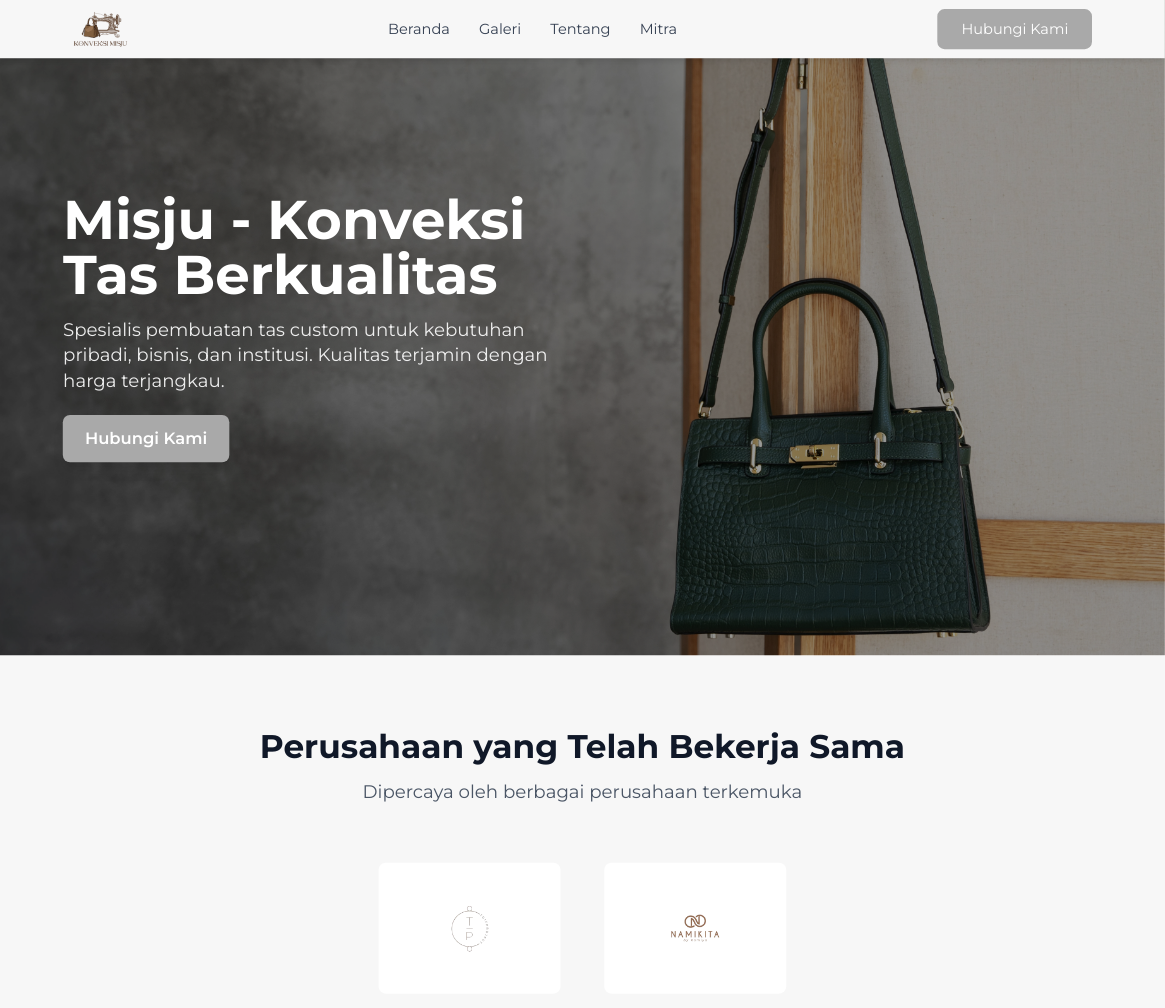
Repository: faridfirdaus-fred/konveksi_misju
Page: /
These files come from the project's save history. The page is drawn as it stood at one moment and after the next save; the edit follows.
The browser window is 1280 px wide. The pictures show the part of the page from y = 0 to 1108 px (the page is 3396 px tall before and 3236 px after), at 91% of full size.
Pictures or frames that could not be fetched are drawn as grey boxes. The project was rebuilt for these pictures with package versions that can differ from the ones it lists, and the page was loaded fresh each time. Also part of the build but not shown: vite.config.js.

Above is the page before, as saved 2026-01-09 20:09:28.

### index.html
<!doctype html>
<html lang="en">
  <head>
    <meta charset="UTF-8" />
    <link rel="icon" type="image/svg+xml" href="/vite.svg" />
    <meta name="viewport" content="width=device-width, initial-scale=1.0" />
    <link rel="preconnect" href="https://fonts.googleapis.com">
    <link rel="preconnect" href="https://fonts.gstatic.com" crossorigin>
    <link href="https://fonts.googleapis.com/css2?family=Montserrat:wght@300;400;500;600;700;800&display=swap" rel="stylesheet">
    <title>portfolio_misju</title>
  </head>
  <body>
    <div id="root"></div>
    <script type="module" src="/src/main.jsx"></script>
  </body>
</html>

### src/index.css
@import "tailwindcss";

@theme {
  --color-primary: #A9A9A9;
  --color-secondary: #F7F7F7;
}

### src/App.jsx
import './App.css'
import Navbar from './components/Navbar'
import Hero from './components/Hero'
import Partners from './components/Partners'
import Gallery from './components/Gallery'
import About from './components/About'
import Footer from './components/Footer'
import Hero_Bottom from './components/Hero_Bottom'

function App() {
  return (
    <div className="min-h-screen bg-gray-50">
      <Navbar />
      <Hero />
      <Partners />
      <Hero_Bottom />
      <Gallery />
      <About />
      <Footer />
    </div>
  )
}

export default App

### src/App.css
/* Custom styles for portfolio */
html {
  scroll-behavior: smooth;
}

body {
  font-family: "Montserrat", sans-serif;
  font-optical-sizing: auto;
}

### src/components/Navbar.jsx
import { useState } from 'react'
import logo from '../assets/logo.webp'

function Navbar() {
    const [isMobileMenuOpen, setIsMobileMenuOpen] = useState(false)

    const scrollToSection = (id) => {
        const element = document.getElementById(id)
        if (element) {
            element.scrollIntoView({ behavior: 'smooth' })
        }
        setIsMobileMenuOpen(false)
    }

    return (
        <nav className="fixed top-0 px-20 left-0 right-0 bg-secondary shadow-md z-50">
            <div className=" mx-auto">
                <div className="flex justify-between items-center h-16">
                    {/* Logo - Kiri */}
                    <div className="shrink-0">
                        <a href="#home" className="flex items-center">
                            <img src={logo} alt="MyPortfolio Logo" className="h-10 w-auto" />
                        </a>
                    </div>

                    {/* Navigation - Tengah (Desktop) */}
                    <div className="hidden md:flex space-x-8">
                        <button onClick={() => scrollToSection('home')} className="text-gray-700 hover:text-primary transition">
                            Beranda
                        </button>

                        <button onClick={() => scrollToSection('gallery')} className="text-gray-700 hover:text-primary transition">
                            Galeri
                        </button>
                        <button onClick={() => scrollToSection('about')} className="text-gray-700 hover:text-primary transition">
                            Tentang
                        </button>
                         <button onClick={() => scrollToSection('partners')} className="text-gray-700 hover:text-primary transition">
                            Mitra
                        </button>
                    </div>

                    {/* Contact Button - Kanan */}
                    <div className="hidden md:block">
                        <a
                            href="https://wa.me/6285318217545"
                            target="_blank"
                            rel="noopener noreferrer"
                            className="inline-block bg-primary text-white px-6 py-2 rounded-lg transition hover:bg-secondary hover:text-primary border-2 border-primary"
                        >
                            Hubungi Kami
                        </a>
                    </div>

                    {/* Mobile menu button */}
                    <div className="md:hidden">
                        <button
                            onClick={() => setIsMobileMenuOpen(!isMobileMenuOpen)}
                            className="text-gray-700 hover:text-blue-600"
                        >
                            <svg className="h-6 w-6" fill="none" viewBox="0 0 24 24" stroke="currentColor">
                                <path strokeLinecap="round" strokeLinejoin="round" strokeWidth={2} d={isMobileMenuOpen ? "M6 18L18 6M6 6l12 12" : "M4 6h16M4 12h16M4 18h16"} />
                            </svg>
                        </button>
                    </div>
                </div>
            </div>

            {/* Mobile menu */}
            {isMobileMenuOpen && (
                <div className="md:hidden bg-white border-t">
                    <div className="px-2 pt-2 pb-3 space-y-1">
                        <button onClick={() => scrollToSection('home')} className="block w-full text-left px-3 py-2 text-gray-700 hover:bg-gray-100">
                            Beranda
                        </button>
                        <button onClick={() => scrollToSection('partners')} className="block w-full text-left px-3 py-2 text-gray-700 hover:bg-gray-100">
                            Mitra
                        </button>
                        <button onClick={() => scrollToSection('gallery')} className="block w-full text-left px-3 py-2 text-gray-700 hover:bg-gray-100">
                            Galeri
                        </button>
                        <button onClick={() => scrollToSection('about')} className="block w-full text-left px-3 py-2 text-gray-700 hover:bg-gray-100">
                            Tentang
                        </button>
                        <a
                            href="https://wa.me/6285318217545"
                            target="_blank"
                            rel="noopener noreferrer"
                            className="block w-full text-center px-3 py-2 bg-primary text-secondary hover:bg-secondary hover:text-primary rounded"
                        >
                            Hubungi Kami
                        </a>
                    </div>
                </div>
            )}
        </nav>
    )
}

export default Navbar

### src/components/Hero.jsx
import hero from '../assets/hero.webp'

function Hero() {

  return (
    <section
      id="home"
      className="h-screen w-full flex items-center relative bg-cover bg-no-repeat bg-right md:bg-center"
      style={{
        backgroundImage: `url(${hero})`
      }}
    >
      {/* Overlay */}
      <div className="absolute inset-0 bg-black/40"></div>

      {/* Content */}
      <div className="relative z-10 w-11/12 mx-auto px-4">
        <div className="w-full md:w-6/12">
          <h1 className="text-3xl md:text-6xl font-bold text-white mb-4">
            Misju - Konveksi Tas Berkualitas
          </h1>
          <p className="text-base md:text-xl text-white/90 mb-6">
            Spesialis pembuatan tas custom untuk kebutuhan pribadi, bisnis, dan institusi. Kualitas terjamin dengan harga terjangkau.
          </p>
          <div className="flex flex-wrap gap-4">
            <a
              href="https://wa.me/6285318217545"
              target="_blank"
              rel="noopener noreferrer"
              className="bg-primary text-white px-6 py-3 rounded-lg text-lg font-semibold hover:bg-secondary hover:text-primary transition shadow-lg"
            >
              Hubungi Kami
            </a>
          </div>
        </div>
      </div>
    </section>
  )
}

export default Hero

### src/components/Partners.jsx
import tgif from '../assets/tgif.webp'
import namikita from '../assets/namikita.webp'

function Partners() {
  const partners = [
    {
      id: 1,
      name: 'TGI Friday\'s',
      logo: tgif,
      alt: 'TGI Friday\'s Logo'
    },
    {
      id: 2,
      name: 'Namikita',
      logo: namikita,
      alt: 'Namikita Logo'
    },
  ]

  return (
    <section id="partners" className="py-20 px-4 bg-secondary">
      <div className="max-w-7xl mx-auto">
        <div className="text-center mb-16">
          <h2 className="text-4xl font-bold text-gray-900 mb-4">
            Perusahaan yang Telah Bekerja Sama
          </h2>
          <p className="text-xl text-gray-600">
            Dipercaya oleh berbagai perusahaan terkemuka
          </p>
        </div>
        <div className="flex flex-wrap justify-center gap-8 md:gap-12">
          {partners.map((partner) => (
            <div key={partner.id} className="flex items-center justify-center p-8 bg-white rounded-lg hover:shadow-lg transition min-w-[200px]">
              <img
                src={partner.logo}
                alt={partner.alt}
                className="max-h-16 md:max-h-20 w-auto object-contain"
              />
            </div>
          ))}
        </div>
      </div>
    </section>
  )
}

export default Partners

### src/components/Gallery.jsx
function Gallery() {
  const galleryItems = [
    { id: 1, title: 'Project 1', image: '🖼️', description: 'Deskripsi project 1' },
    { id: 2, title: 'Project 2', image: '🎨', description: 'Deskripsi project 2' },
    { id: 3, title: 'Project 3', image: '📷', description: 'Deskripsi project 3' },
    { id: 4, title: 'Project 4', image: '🎭', description: 'Deskripsi project 4' },
    { id: 5, title: 'Project 5', image: '🌄', description: 'Deskripsi project 5' },
    { id: 6, title: 'Project 6', image: '🌅', description: 'Deskripsi project 6' },
  ]

  return (
    <section id="gallery" className="py-20 px-4 bg-gray-50">
      <div className="max-w-7xl mx-auto">
        <div className="text-center mb-16">
          <h2 className="text-4xl font-bold text-gray-900 mb-4">
            Portfolio & Gallery
          </h2>
          <p className="text-xl text-gray-600">
            Koleksi project dan karya terbaik saya
          </p>
        </div>
        <div className="grid grid-cols-1 md:grid-cols-2 lg:grid-cols-3 gap-8">
          {galleryItems.map((item) => (
            <div key={item.id} className="bg-white rounded-lg overflow-hidden shadow-lg hover:shadow-xl transition">
              <div className="h-48 bg-gradient-to-br from-blue-100 to-purple-100 flex items-center justify-center text-8xl">
                {item.image}
              </div>
              <div className="p-6">
                <h3 className="text-xl font-bold text-gray-900 mb-2">{item.title}</h3>
                <p className="text-gray-600">{item.description}</p>
                <button className="mt-4 text-blue-600 font-semibold hover:text-blue-700">
                  Lihat Detail →
                </button>
              </div>
            </div>
          ))}
        </div>
      </div>
    </section>
  )
}

export default Gallery

### src/components/About.jsx
function About() {
  return (
    <section id="about" className="py-20 px-4 bg-white ">
      <div className="max-w-7xl mx-auto">

      </div>
    </section>
  )
}

export default About

### src/components/Footer.jsx
function Footer() {
  const scrollToSection = (id) => {
    const element = document.getElementById(id)
    if (element) {
      element.scrollIntoView({ behavior: 'smooth' })
    }
  }

  return (
    <footer id="footer" className="bg-primary text-white py-12 px-4">
      <div className="max-w-7xl mx-auto">
        <div className="grid grid-cols-1 md:grid-cols-3 gap-8 mb-8">
          {/* About */}
          <div>
            <h3 className="text-2xl font-bold mb-4">MyPortfolio</h3>
            <p className="text-gray-400">
              Menciptakan solusi digital yang inovatif dan berkualitas untuk kesuksesan bisnis Anda
            </p>
          </div>

          {/* Quick Links */}
          <div>
            <h3 className="text-xl font-bold mb-4">Quick Links</h3>
            <ul className="space-y-2">
              <li>
                <button onClick={() => scrollToSection('home')} className="text-gray-400 hover:text-white transition">
                  Home
                </button>
              </li>
              <li>
                <button onClick={() => scrollToSection('partners')} className="text-gray-400 hover:text-white transition">
                  Partners
                </button>
              </li>
              <li>
                <button onClick={() => scrollToSection('gallery')} className="text-gray-400 hover:text-white transition">
                  Gallery
                </button>
              </li>
              <li>
                <button onClick={() => scrollToSection('about')} className="text-gray-400 hover:text-white transition">
                  About
                </button>
              </li>
            </ul>
          </div>

          {/* Contact */}
          <div>
            <h3 className="text-xl font-bold mb-4">Contact</h3>
            <ul className="space-y-2 text-gray-400">
              <li>📧 email@example.com</li>
              <li>📱 +62 123 4567 8900</li>
              <li>📍 Jakarta, Indonesia</li>
            </ul>
            <div className="flex gap-4 mt-4">
              <a href="#" className="text-2xl hover:text-blue-400 transition">🔗</a>
              <a href="#" className="text-2xl hover:text-blue-400 transition">💼</a>
              <a href="#" className="text-2xl hover:text-blue-400 transition">📸</a>
            </div>
          </div>
        </div>

        <div className="border-t border-gray-800 pt-8 text-center text-gray-400">
          <p>&copy; 2026 MyPortfolio. All rights reserved.</p>
        </div>
      </div>
    </footer>
  )
}

export default Footer

### src/components/Hero_Bottom.jsx
import { useState } from 'react'

function Hero_Bottom() {
  const [currentSlide, setCurrentSlide] = useState(0)

  // Data untuk carousel
  const slides = [
    {
      id: 1,
      title: "CARRY THE DAY",
      caption: "Everything you need to make it through a day at the office, from your laptop to your gym clothes, and still look the part once you're off the clock.",
      image: "https://images.unsplash.com/photo-1553062407-98eeb64c6a62?w=800&q=80"
    },
    {
      id: 2,
      title: "URBAN EXPLORER",
      caption: "Navigate the city streets with style and comfort. Perfect companion for your daily adventures and weekend getaways.",
      image: "https://images.unsplash.com/photo-1622560480605-d83c853bc5c3?w=800&q=80"
    },
    {
      id: 3,
      title: "WORK & PLAY",
      caption: "Seamlessly transition from professional meetings to casual outings. Designed for the modern lifestyle.",
      image: "https://images.unsplash.com/photo-1547949003-9792a18a2601?w=800&q=80"
    }
  ]

  const nextSlide = () => {
    setCurrentSlide((prev) => (prev + 1) % slides.length)
  }

  const prevSlide = () => {
    setCurrentSlide((prev) => (prev - 1 + slides.length) % slides.length)
  }

  const goToSlide = (index) => {
    setCurrentSlide(index)
  }

  return (
    <section id="home" className="pt-12 pb-12 md:pt-24 md:pb-20 bg-secondary">
      <div className=" mx-auto ">
        {/* Mobile First Layout */}
        <div className="flex flex-col md:flex-row gap-6 md:gap-12 items-center">

          {/* Left Section - Caption (Mobile: bottom, Desktop: left) */}
          <div className="w-full pl-20 md:w-6/12 order-2 md:order-1 text-center md:text-left">
            <div className="max-w-md mx-auto md:mx-0">
              <h2 className="text-3xl md:text-4xl lg:text-5xl font-bold mb-4 md:mb-6">
                {slides[currentSlide].title}
              </h2>
              <p className="text-base md:text-lg text-gray-600 leading-relaxed">
                {slides[currentSlide].caption}
              </p>
            </div>
          </div>

          {/* Right Section - Image (Mobile: top, Desktop: right) */}
          <div className="w-full md:w-6/12 order-1 md:order-2 relative">
            <div className="relative aspect-square md:aspect-[4/3]  overflow-hidden shadow-xl">
              <img
                src={slides[currentSlide].image}
                alt={slides[currentSlide].title}
                className="w-full h-full object-cover transition-opacity duration-500"
              />

              {/* Desktop Navigation Buttons */}
              <button
                onClick={prevSlide}
                className="hidden md:flex absolute left-4 top-1/2 -translate-y-1/2 bg-white/90 hover:bg-white p-3 rounded-full shadow-lg transition-all duration-200 items-center justify-center group"
                aria-label="Previous slide"
              >
                <svg className="w-6 h-6 text-gray-800 group-hover:text-black" fill="none" stroke="currentColor" viewBox="0 0 24 24">
                  <path strokeLinecap="round" strokeLinejoin="round" strokeWidth={2} d="M15 19l-7-7 7-7" />
                </svg>
              </button>

              <button
                onClick={nextSlide}
                className="hidden md:flex absolute right-4 top-1/2 -translate-y-1/2 bg-white/90 hover:bg-white p-3 rounded-full shadow-lg transition-all duration-200 items-center justify-center group"
                aria-label="Next slide"
              >
                <svg className="w-6 h-6 text-gray-800 group-hover:text-black" fill="none" stroke="currentColor" viewBox="0 0 24 24">
                  <path strokeLinecap="round" strokeLinejoin="round" strokeWidth={2} d="M9 5l7 7-7 7" />
                </svg>
              </button>
            </div>

            {/* Mobile Dot Navigation */}
            <div className="flex md:hidden justify-center gap-2 mt-6">
              {slides.map((_, index) => (
                <button
                  key={index}
                  onClick={() => goToSlide(index)}
                  className={`w-3 h-3 rounded-full transition-all duration-300 ${
                    currentSlide === index
                      ? 'bg-gray-800 w-8'
                      : 'bg-gray-300 hover:bg-gray-400'
                  }`}
                  aria-label={`Go to slide ${index + 1}`}
                />
              ))}
            </div>
          </div>

        </div>

        {/* Desktop Dot Indicators (optional - below content) */}
        <div className="hidden md:flex justify-center gap-2 mt-8">
          {slides.map((_, index) => (
            <button
              key={index}
              onClick={() => goToSlide(index)}
              className={`w-2.5 h-2.5 rounded-full transition-all duration-300 ${
                currentSlide === index
                  ? 'bg-gray-800 w-8'
                  : 'bg-gray-300 hover:bg-gray-400'
              }`}
              aria-label={`Go to slide ${index + 1}`}
            />
          ))}
        </div>
      </div>
    </section>
  )
}

export default Hero_Bottom

Loaded but not shown: src/main.jsx (common file)

After the next save:
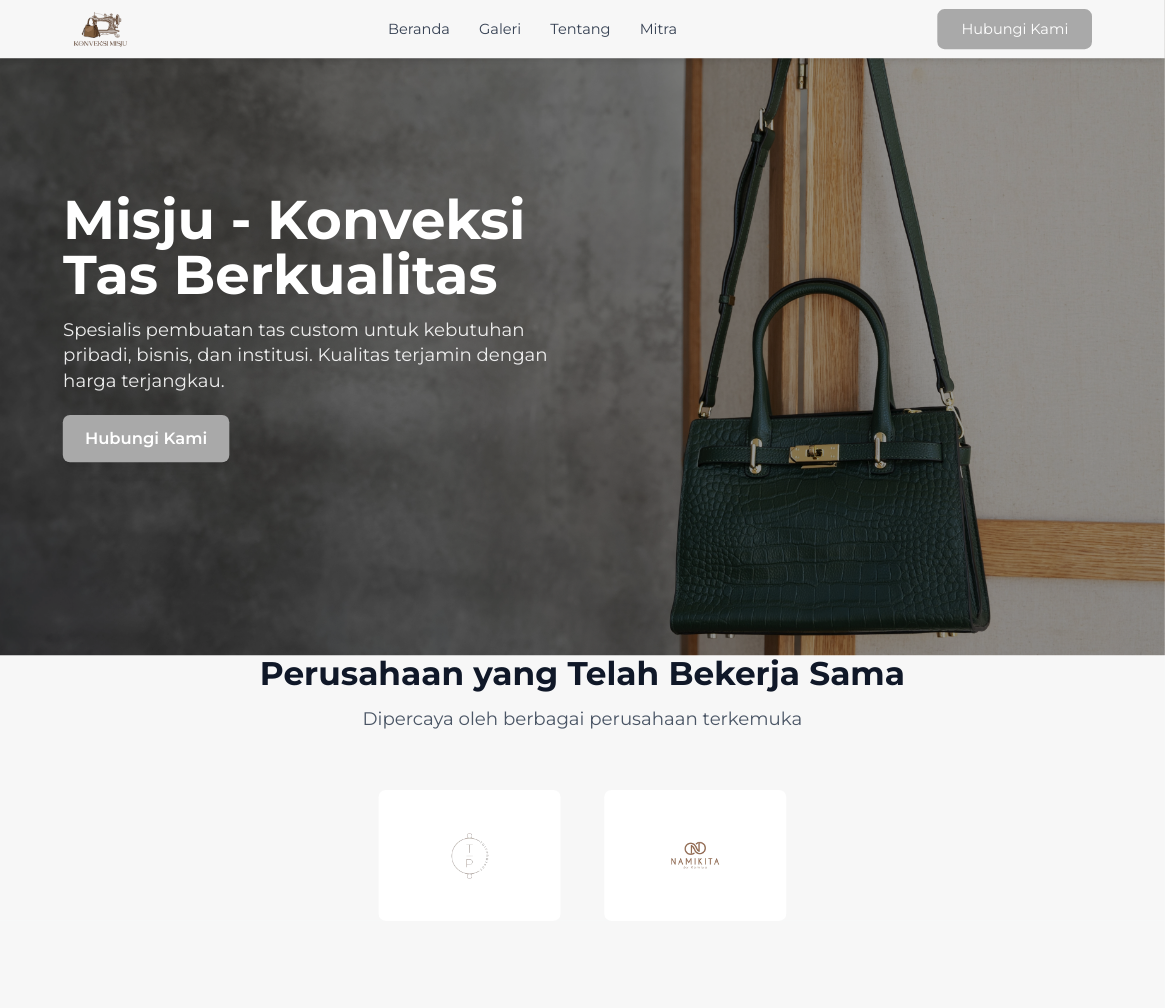
Saved 26 s later.
--- a/src/components/Partners.jsx
+++ b/src/components/Partners.jsx
@@ -18,7 +18,7 @@
   ]
 
   return (
-    <section id="partners" className="py-20 px-4 bg-secondary">
+    <section id="partners" className=" bg-secondary">
       <div className="max-w-7xl mx-auto">
         <div className="text-center mb-16">
           <h2 className="text-4xl font-bold text-gray-900 mb-4">

After the save that followed:
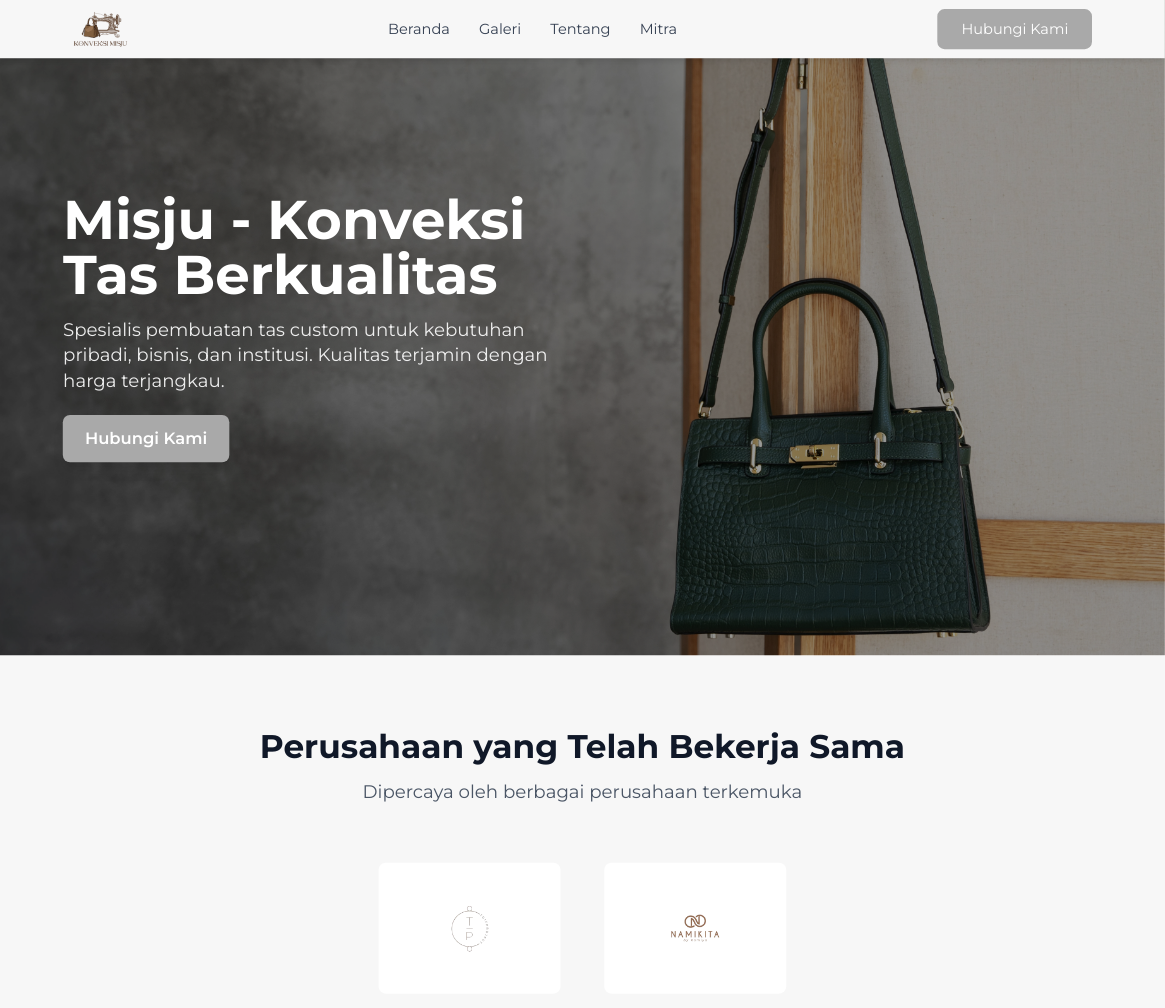
Saved 4 s later.
--- a/src/components/Partners.jsx
+++ b/src/components/Partners.jsx
@@ -18,7 +18,7 @@
   ]
 
   return (
-    <section id="partners" className=" bg-secondary">
+    <section id="partners" className="py-20 px-4 bg-secondary">
       <div className="max-w-7xl mx-auto">
         <div className="text-center mb-16">
           <h2 className="text-4xl font-bold text-gray-900 mb-4">
